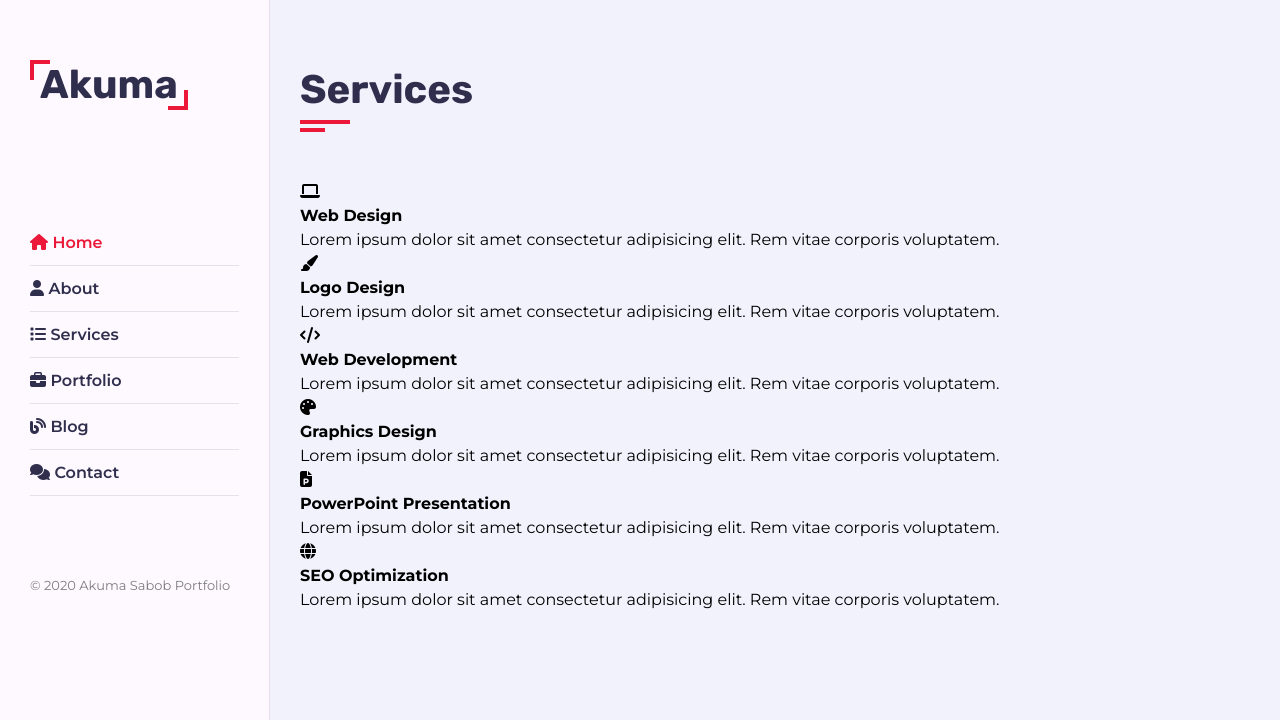
Repository: Akuma001/MY-Portfolio
Page: index.html
The author's editor kept a copy of each file at every save. The page is drawn from the files as they stood at one save, then again after the next save.
The browser window is 1280 px wide. The pictures show the whole page.
Some web libraries are served in a nearby version.

Above is the page before, as saved 2020-12-14 13:00:13.

After the next save:
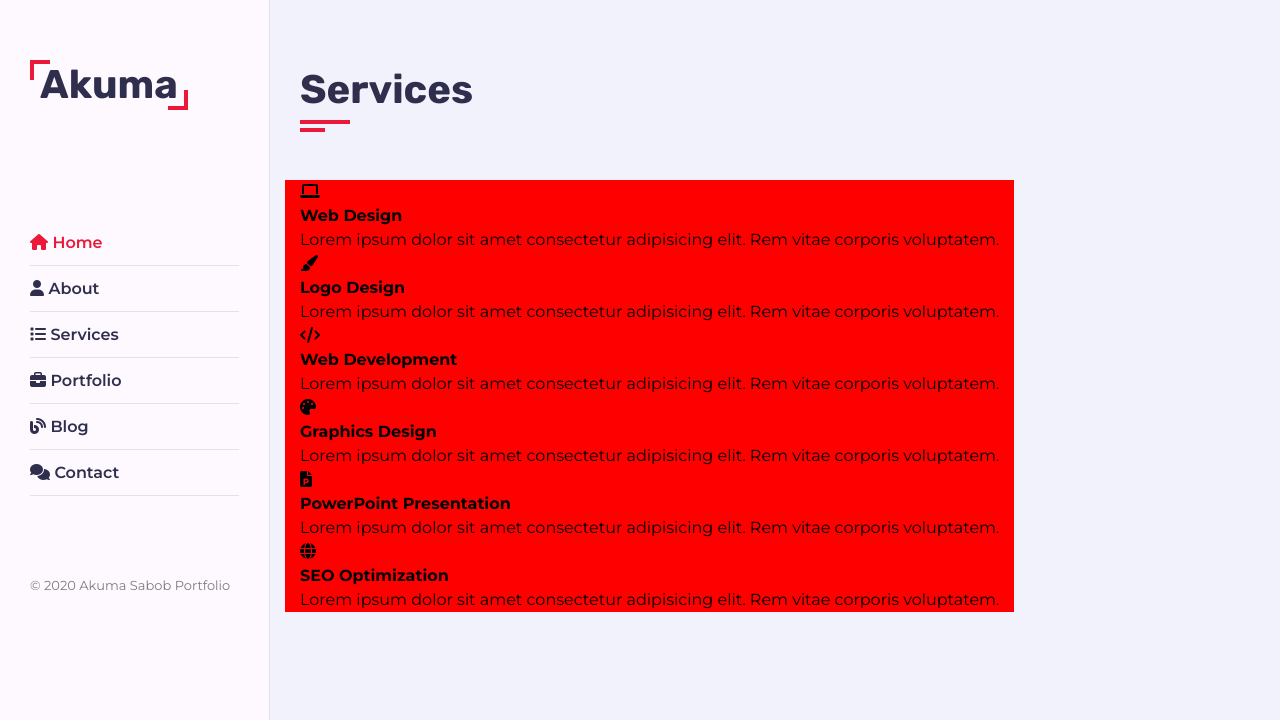
Saved 2 min 33 s later.
--- a/css/style.css
+++ b/css/style.css
@@ -481,6 +481,7 @@
 }
 
 /*        Service section   */
-.Service .service-item{
+
+.service .service-item{
     background-color: red;
 }

After the save that followed:
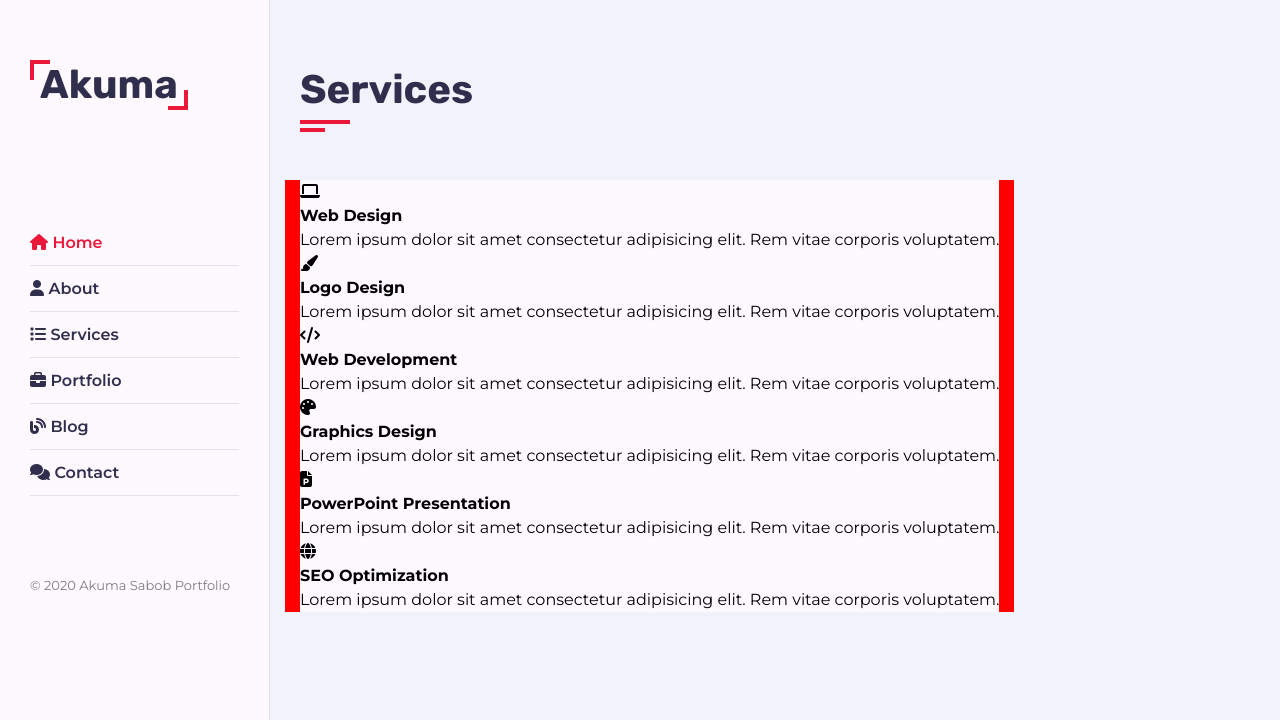
Saved 92 s later.
--- a/css/style.css
+++ b/css/style.css
@@ -485,3 +485,6 @@
 .service .service-item{
     background-color: red;
 }
+.service .service-item .service-item-inner{
+    background-color: #fdf9ff;
+}
